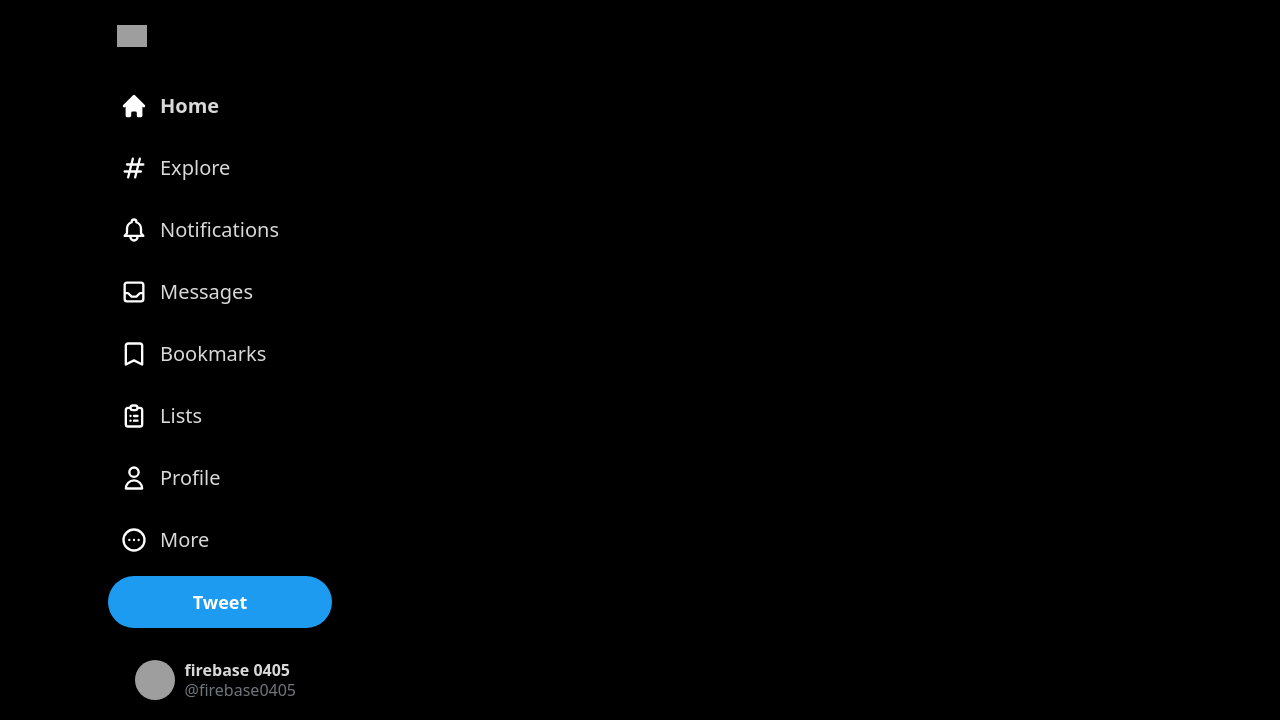
Repository: Kotilasco/kuly-twitter
Page: /
An editor plug-in stored every save of this project. The page is shown before and after the next save, followed by the edit.
The browser window is 1280 px wide. The pictures show the whole page.
Pictures or frames that could not be fetched are drawn as grey boxes. The project was rebuilt for these pictures with package versions that can differ from the ones it lists, and the page was loaded fresh each time. The framework's server and built-in components were replaced by stand-ins that run in the browser. Also part of the build but not shown: next.config.js.

Above is the page before, as saved 2022-06-12 02:07:50.

### pages/index.tsx
import type { NextPage } from 'next'
import Head from 'next/head'
import Image from 'next/image'
import Sidebar from '../components/Sidebar'

const Home: NextPage = () => {
  return (
    <div className="">
      <Head>
        <title>Twitter - Kuly</title>
        <link rel="icon" href="/favicon.ico" />
      </Head>
      <main className="bg-black min-h-screen flex max-w-[1500px] mx-auto" >
        {/* Sidebar */}
        <Sidebar />
        {/* Feed */}

        {/* Widgets */}

        {/* Modal */}
      </main>

    </div>
  )
}

export default Home

### styles/globals.css
@tailwind base;
@tailwind components;
@tailwind utilities;


@layer components{
    .hoverAnimation{
        @apply hover:bg-[#d9d9d9] hover:bg-opacity-10 rounded-full
        cursor-pointer w-[52px] h-[52px] xl:w-auto xl:h-auto
        xl:py-3 xl:px-4 transition duration-200 ease-out;
    }
}

### components/Sidebar.js
import Image from "next/image"
import SidebarLink from '../components/SidebarLink'
import {
    HashtagIcon,
    BellIcon,
    InboxIcon,
    BookmarkIcon,
    ClipboardListIcon,
    UserIcon,
    DotsHorizontalIcon,
    DotsCircleHorizontalIcon

} from '@heroicons/react/outline'
import {HomeIcon} from '@heroicons/react/solid'

function Sidebar() {
  return (
    <div className="hidden sm:flex flex-col items-center
     xl:items-start xl:w-[340px] p-2 fixed h-full">
        <div className="flex items-center justify-center w-14 h-14 hoverAnimation p-0 xl:ml-24">
            <Image
                src='https://rb.gy/ogau5a'
                alt=''
                height={30}
                width={30}
            />
        </div>
        <div className="space-y-2.5 mt-4 mb-2.5 xl:ml-24">
            <SidebarLink text='Home' Icon={HomeIcon} active />
            <SidebarLink text='Explore' Icon={HashtagIcon} />
            <SidebarLink text='Notifications' Icon={BellIcon} />
            <SidebarLink text='Messages' Icon={InboxIcon} />
            <SidebarLink text='Bookmarks' Icon={BookmarkIcon} />
            <SidebarLink text='Lists' Icon={ClipboardListIcon} />
            <SidebarLink text='Profile' Icon={UserIcon} />
            <SidebarLink text='More' Icon={DotsCircleHorizontalIcon} />

        </div>
        <button className="hidden xl:inline ml-auto bg-[#1d9bf0] text-white rounded-full w-56 h-[52px] text-lg font-bold shadow-md hover:bg-[#1a8cd8]">Tweet</button>
        <div className="hoverAnimation text-[#d9d9d9] flex items-center
         justify-center xl:ml-auto xl:mr-5 mt-auto">
        <img src="https://www.gstatic.com/mobilesdk/160503_mobilesdk/logo/2x/firebase_28dp.png" alt=""
        className="h-10 w-10 rounded-full xl:mr-2.5 " />
        <div className="hidden xl:inline leading-5 ">
            <h4 className="font-bold">firebase 0405</h4>
            <p className="text-[#6e767d]">@firebase0405</p>
        </div>
        </div>
    </div>
  )
}

export default Sidebar

### components/SidebarLink.js
import React from 'react'


function SidebarLink({text, Icon, active}) {
  return (
    <div className={`text-[#d9d9d9] flex items-center justify-center
    xl:justify-start text-xl space-x-3 hoverAnimation ${active && "font-bold"}`}>
        <Icon className="h-7 text-white"/>
        <span className='hidden xl:inline'>{text}</span>
    </div>
  )
}

export default SidebarLink

Loaded but not shown: pages/_app.tsx (common file); tailwind.config.js (common file)

After the next save:
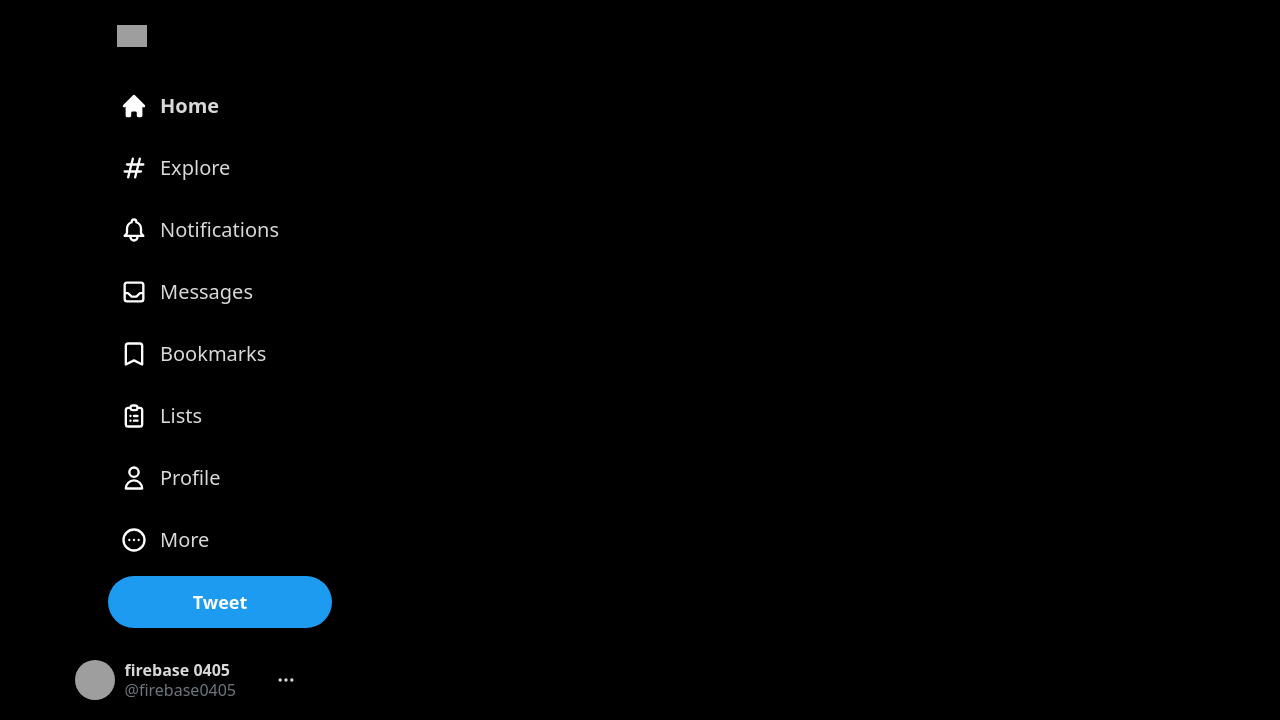
Saved 100 s later.
--- a/components/Sidebar.js
+++ b/components/Sidebar.js
@@ -45,6 +45,7 @@
             <h4 className="font-bold">firebase 0405</h4>
             <p className="text-[#6e767d]">@firebase0405</p>
         </div>
+        <DotsHorizontalIcon className="h-5 hidden xl:inline-flex ml-10" />
         </div>
     </div>
   )
